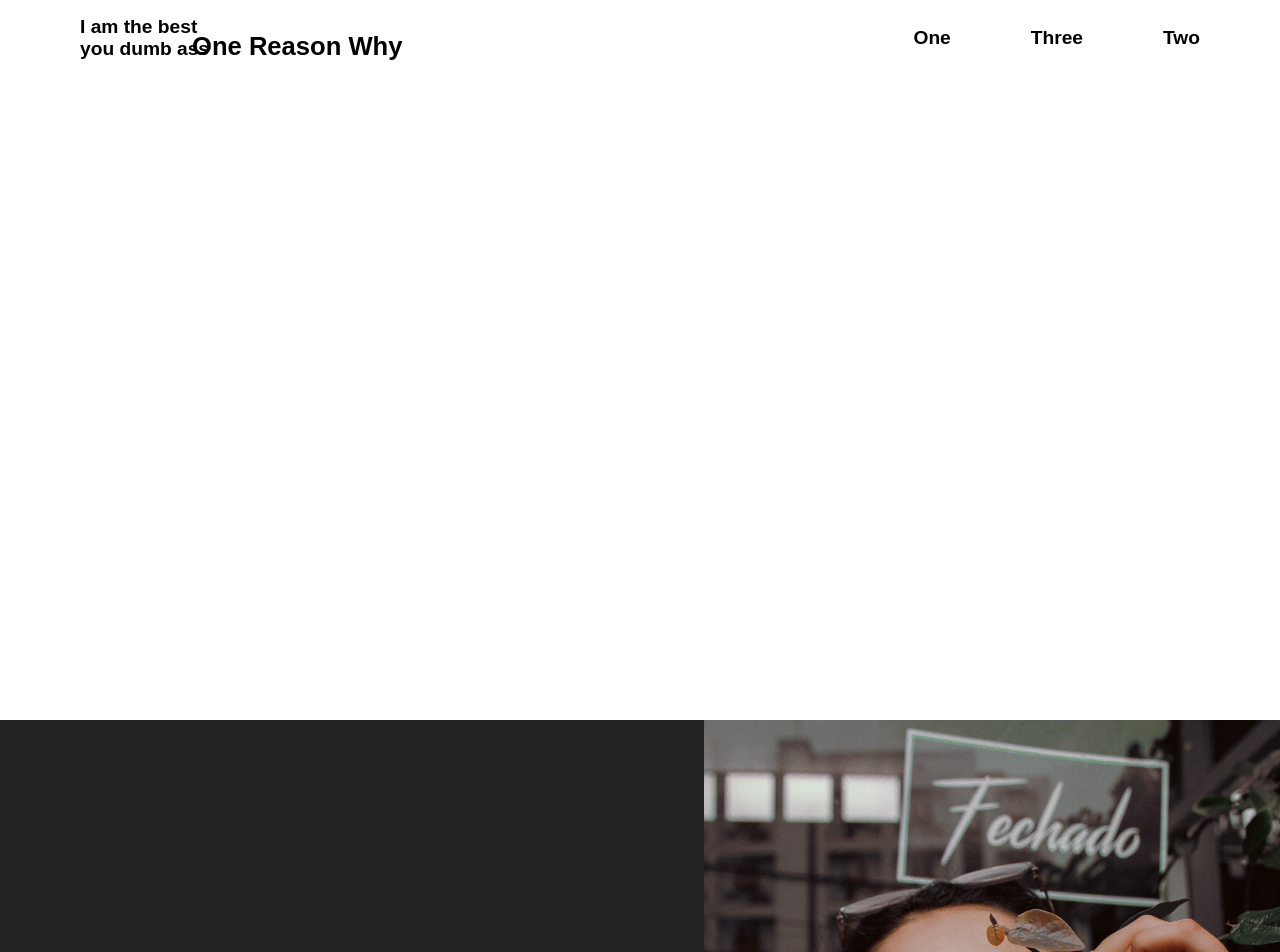
Repository: Imprasna/scrollmagic
Page: index.html
These files come from the project's save history. The page is drawn as it stood at one moment and after the next save; the edit follows.
The browser window is 1280 px wide. The pictures show the part of the page from y = 0 to 952 px (the page is 2200 px tall).
A picture or video elsewhere on the page could not be fetched, so the positions and the page height are approximate. Some web fonts or font styles are not loaded; a fallback is used. Some web libraries are served in a nearby version.

Above is the page before, as saved 2021-11-14 18:59:19.

After the next save:
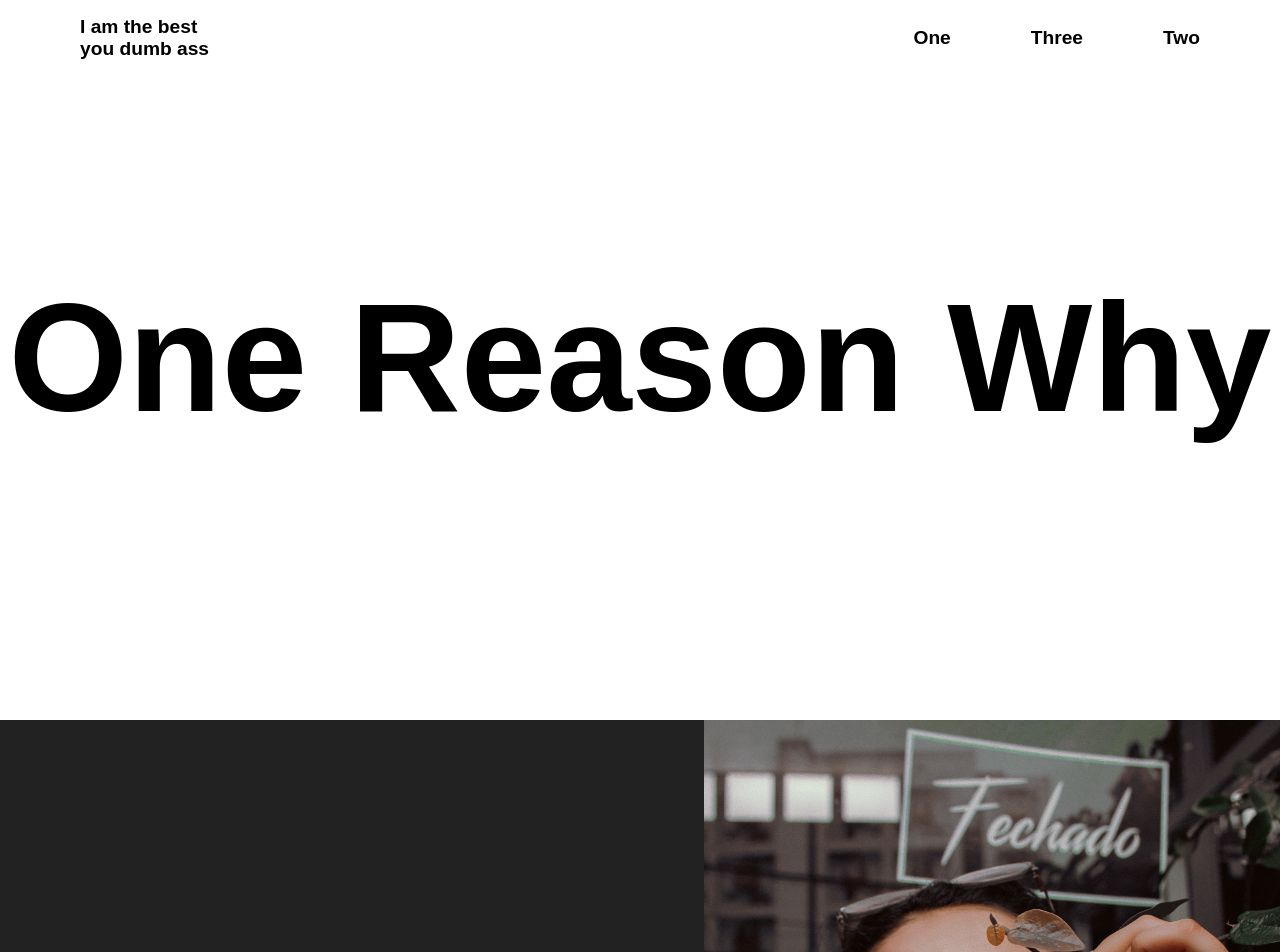
Console error: TypeError: tl.To is not a function
Saved 5 s later.
--- a/app.js
+++ b/app.js
@@ -28,5 +28,5 @@
     },
 });
 
-tl.from(".sliding-text", { y: 0 }, { y: 60 });
+tl.To(".sliding-text", { y: 0 }, { y: 60 });
 tl2.fromTo(".logo", {scale: 6}, {scale: 1, top: "2rem", left: "12rem", x: "50%", y: "50%", pin: true});

After the save that followed:
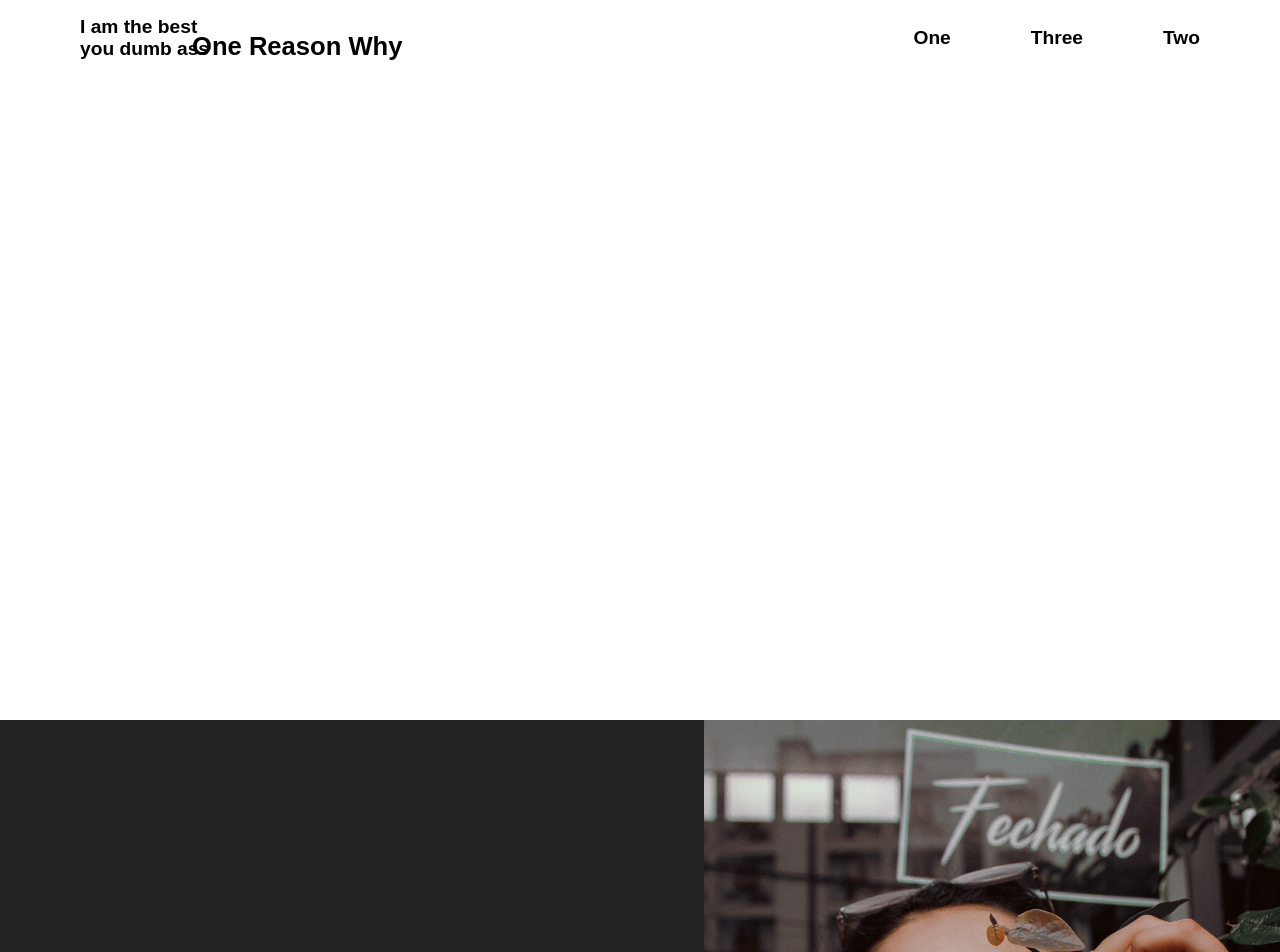
The error is gone.
Saved 4 s later.
--- a/app.js
+++ b/app.js
@@ -28,5 +28,5 @@
     },
 });
 
-tl.To(".sliding-text", { y: 0 }, { y: 60 });
+tl.to(".sliding-text", { y: 0 }, { y: 60 });
 tl2.fromTo(".logo", {scale: 6}, {scale: 1, top: "2rem", left: "12rem", x: "50%", y: "50%", pin: true});
